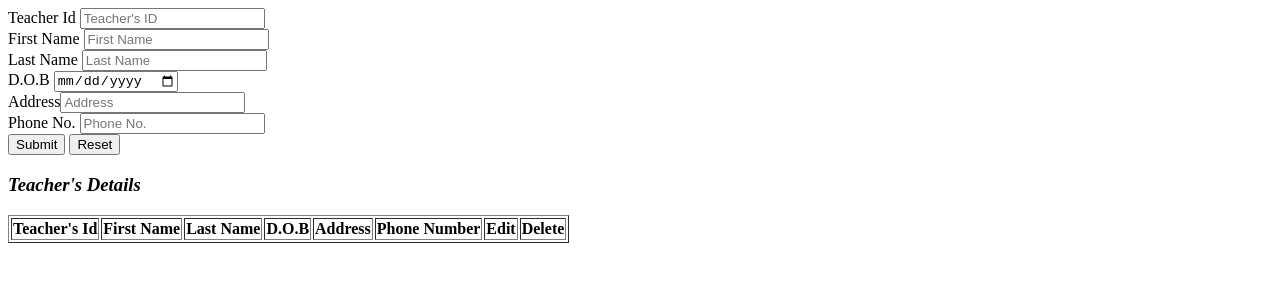
Repository: shubhamsingh331/Learners_Academy
Page: http://localhost/LearnersAcademy/Teachers/Teachers.jsp
These files come from the project's save history. The page is drawn as it stood at one moment and after the next save; the edit follows.
The browser window is 1280 px wide. The pictures show the whole page.
The page is served by Tomcat 9. Other server files are loaded and not shown. Queries for data that is not in the repository find no rows.

Above is the page before, as saved 2023-10-09 11:26:09.

### LearnersAcademy/src/main/webapp/Teachers/Teachers.jsp
<%@ page language="java" contentType="text/html; charset=ISO-8859-1"
    pageEncoding="ISO-8859-1"%>
<!DOCTYPE html>
<html>
<head>
<meta charset="ISO-8859-1">
<title>Insert title here</title>
</head>
<body>
<form action="AddTeachers.jsp" method="post">
Teacher Id <input type="text" placeholder="Teacher's ID" name="id"><br>
First Name <input type="text" placeholder="First Name" name="fname"><br>
Last Name <input type="text" placeholder="Last Name" name="lname"><br>
D.O.B <input type="date" placeholder="D.O.B" name="dob"><br>
Address<input type="text" placeholder="Address" name ="address"><br>
Phone No. <input type="text" placeholder="Phone No." name="phono"><br>
<input type="submit" value="Submit">
<input type="reset" value="Reset">
</form>
<%@include file="TeacherDisplay.jsp" %>

</body>
</html>

### LearnersAcademy/src/main/webapp/Teachers/TeacherDisplay.jsp
<%@page import="teachers.TeachersDAO"%>
<%@page import="java.util.List"%>
<%@page import="teachers.TeachersPojo"%>
<%@ page language="java" contentType="text/html; charset=ISO-8859-1"
    pageEncoding="ISO-8859-1"%>
<!DOCTYPE html>
<html>
<head>
<meta charset="ISO-8859-1">
<title>Insert title here</title>
</head>
<body>
<h3><i>Teacher's Details</i></h3>
<table border="1">
<tr><th>Teacher's Id</th><th>First Name</th><th>Last Name</th><th>D.O.B</th><th>Address</th><th>Phone Number</th><th>Edit</th><th>Delete</th></tr>
<%
TeachersDAO dao = new TeachersDAO();
List<TeachersPojo> list= dao.display();

for(TeachersPojo t:list){%>
<tr><td><%=t.getId() %></td><td><%=t.getFname() %></td><td><%=t.getLname() %></td><td><%=t.getDob() %></td><td><%=t.getAddress() %></td><td><%=t.getPhono()%></td><td><a href="TeachEdit.jsp?id=<%=t.getId()%>">Edit</a></td><td><a href="TeachDelete.jsp?id=<%=t.getId()%>">Delete</a></td></tr>
<%}%>
</table>
</body>
</html>

### LearnersAcademy/src/main/java/teachers/TeachersDAO.java
package teachers;

import java.sql.Connection;
import java.sql.PreparedStatement;
import java.sql.ResultSet;
import java.sql.SQLException;
import java.util.ArrayList;
import java.util.List;

import DBUtil.DbUtil;

public class TeachersDAO {
	public int insert(TeachersPojo teachers) throws ClassNotFoundException, SQLException {
		Connection con = DbUtil.dbcon();
		String sql = "insert into teachers values(?,?,?,?,?,?)";
		PreparedStatement ps = con.prepareStatement(sql);
		ps.setInt(1, teachers.getId());
		ps.setString(2, teachers.getFname());
		ps.setString(3, teachers.getLname());
		ps.setString(4, teachers.getDob());
		ps.setString(5, teachers.getAddress());
		ps.setLong(6, teachers.getPhono());

		return ps.executeUpdate();
	}

	public int update(TeachersPojo teachers) throws ClassNotFoundException, SQLException {
		Connection con = DbUtil.dbcon();
		String sql = "update teachers set fname=?, lname=?, dob=?, address=?, phono=? where id =?";
		PreparedStatement ps = con.prepareStatement(sql);
		ps.setInt(6, teachers.getId());
		ps.setString(1, teachers.getFname());
		ps.setString(2, teachers.getLname());
		ps.setString(3, teachers.getDob());
		ps.setString(4, teachers.getAddress());
		ps.setLong(5, teachers.getPhono());

		return ps.executeUpdate();
	}

	public int delete(TeachersPojo teachers) throws ClassNotFoundException, SQLException {
		Connection con = DbUtil.dbcon();
		String sql = "delete from teachers where id =?";
		PreparedStatement ps = con.prepareStatement(sql);
		ps.setInt(1, teachers.getId());


		return ps.executeUpdate();
	}

	public List<TeachersPojo> display() throws ClassNotFoundException, SQLException{
		Connection con = DbUtil.dbcon();

		List<TeachersPojo> list = new ArrayList<TeachersPojo>();
		String sql = "select * from teachers";
		PreparedStatement ps = con.prepareStatement(sql);
		ResultSet rs = ps.executeQuery();

		while(rs.next()) {
			TeachersPojo teachers = new TeachersPojo();
			teachers.setId(rs.getInt(1));
			teachers.setFname(rs.getString(2));
			teachers.setLname(rs.getString(3));
			teachers.setDob(rs.getString(4));
			teachers.setAddress(rs.getString(5));
			teachers.setPhono(rs.getLong(6));

			list.add(teachers);
		}
		return list;


	}

}

### LearnersAcademy/src/main/java/DBUtil/DbUtil.java
package DBUtil;

import java.sql.Connection;
import java.sql.DriverManager;
import java.sql.SQLException;

public class DbUtil {
	public static final String DRIVER_CLASS="com.mysql.jdbc.Driver";
	public static final String DB_URL="jdbc:mysql://localhost:3306/StudentManagement";
	public static final String USERNAME = "root";
	public static final String PASSWORD = "123456";
	public static Connection dbcon() throws ClassNotFoundException, SQLException {
		Class.forName(DRIVER_CLASS);

		Connection con = DriverManager.getConnection(DB_URL, USERNAME, PASSWORD);

		return con;

}

}

After the next save:
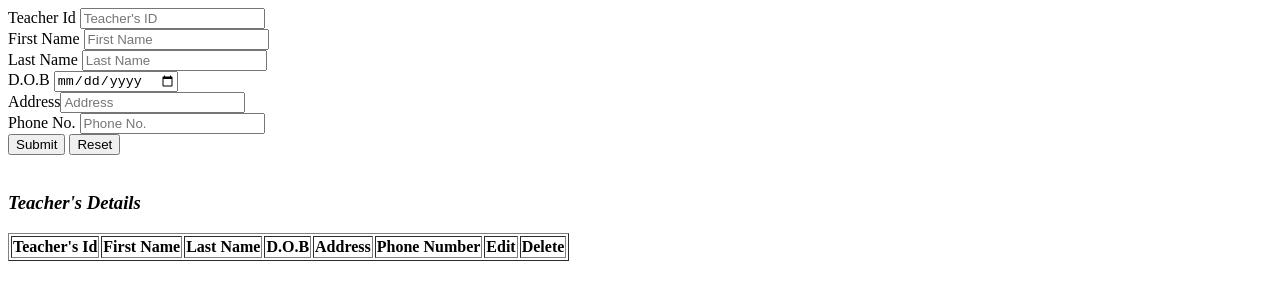
Saved 25 s later.
--- a/LearnersAcademy/src/main/webapp/Teachers/Teachers.jsp
+++ b/LearnersAcademy/src/main/webapp/Teachers/Teachers.jsp
@@ -16,7 +16,7 @@ Address<input type="text" placeholder="Address" name ="address"><br>
 Phone No. <input type="text" placeholder="Phone No." name="phono"><br>
 <input type="submit" value="Submit">
 <input type="reset" value="Reset">
-</form>
+</form><br>
 <%@include file="TeacherDisplay.jsp" %>
 
 </body>
